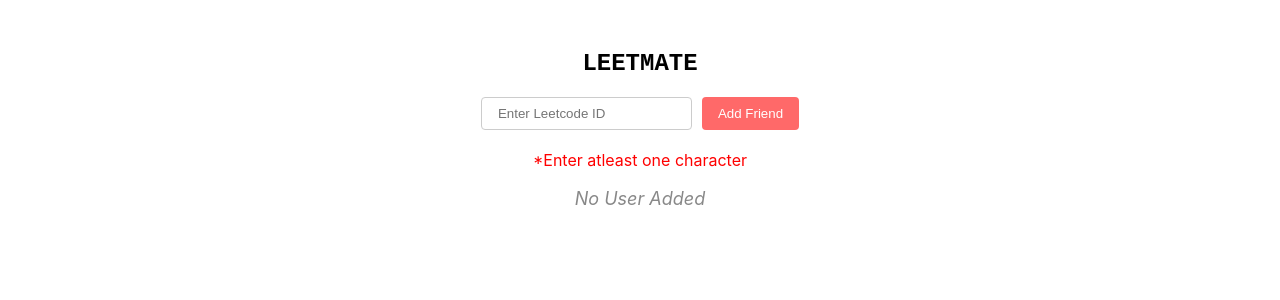
Repository: Sanketh149/leetcode-discord
Page: /
An editor plug-in stored every save of this project. The page is shown before and after the next save, followed by the edit.
The browser window is 1280 px wide. The pictures show the whole page.
The project was rebuilt for these pictures with package versions that can differ from the ones it lists, and the page was loaded fresh each time. Also part of the build but not shown: src/Modal.module.css, src/Modal.js, src/Cart.module.css, src/Cart.js.

Above is the page before, as saved 2023-06-21 17:10:49.

### public/index.html
<!DOCTYPE html>
<html lang="en">
  <head>
    <meta charset="utf-8" />
    <link rel="icon" href="%PUBLIC_URL%/favicon.ico" />
    <meta name="viewport" content="width=device-width, initial-scale=1" />
    <meta name="theme-color" content="#000000" />
    <meta
      name="description"
      content="Web site created using create-react-app"
    />
    <link rel="apple-touch-icon" href="%PUBLIC_URL%/logo192.png" />
    <!--
      manifest.json provides metadata used when your web app is installed on a
      user's mobile device or desktop. See https://developers.google.com/web/fundamentals/web-app-manifest/
    -->
    <link rel="manifest" href="%PUBLIC_URL%/manifest.json" />
    <!--
      Notice the use of %PUBLIC_URL% in the tags above.
      It will be replaced with the URL of the `public` folder during the build.
      Only files inside the `public` folder can be referenced from the HTML.

      Unlike "/favicon.ico" or "favicon.ico", "%PUBLIC_URL%/favicon.ico" will
      work correctly both with client-side routing and a non-root public URL.
      Learn how to configure a non-root public URL by running `npm run build`.
    -->
    <title>LeetMate</title>
  </head>
  <body>
    <noscript>You need to enable JavaScript to run this app.</noscript>
    <div id="root"></div>
    <div id="overlays"></div>
    <!--
      This HTML file is a template.
      If you open it directly in the browser, you will see an empty page.

      You can add webfonts, meta tags, or analytics to this file.
      The build step will place the bundled scripts into the <body> tag.

      To begin the development, run `npm start` or `yarn start`.
      To create a production bundle, use `npm run build` or `yarn build`.
    -->
  </body>
</html>

### src/App.js
import React, { useState } from "react";
import "./App.css";
import Cart from "./Cart";
const API_ENDPOINT = "/graphql";
const App = () => {
  const [username, setUsername] = useState("");
  const [user, setUser] = useState([]);
  const [leetId, setLeetId] = useState([]);
  const displayTitle = (item, titleSlug) => {
    const exisitingTitles = user.map((innerArray) => innerArray[0]);
    const exisitingSlugs = user.map((innerArray) => innerArray[1]);
    const uniqueTitles = [...new Set([...exisitingTitles, ...item])];
    const uniqueSlugs = [...new Set([...exisitingSlugs, ...titleSlug])];
    // const uniquePairs = uniqueTitles.map((name, index) => ({
    //   name,
    //   link: uniqueSlugs[index],
    // }));
    const uniquePairs = [];
    for (let i = 0; i < uniqueSlugs.length; i++) {
      const temp = [uniqueTitles[i], uniqueSlugs[i]];
      uniquePairs.push(temp);
    }
    setUser((prevState) => {
      return uniquePairs;
    });
  };

  const handleFormSubmit = async (event) => {
    event.preventDefault();

    const query = `
      {
        recentAcSubmissionList(username: "${username}") {
          id
          title
          titleSlug
        }
      }
    `;

    const url = `${API_ENDPOINT}?query=${encodeURIComponent(query)}`;

    fetch(url)
      .then((response) => response.json())
      .then((result) => {
        const titles = result.data.recentAcSubmissionList.map(
          (submission) => submission.title
        );
        const titleslugs = result.data.recentAcSubmissionList.map(
          (submission) => submission.titleSlug
        );
        displayTitle(titles, titleslugs);
        // displayTitleSlug(titleslugs);
      })
      .catch((error) => {
        setCartIsShown(true);
      });
  };

  const handleSubmit = (event) => {
    event.preventDefault();
    handleFormSubmit(event);
    if (!leetId.includes(username)) {
      setLeetId((prevState) => [...prevState, username]);
    }
  };
  const [cartIsShown, setCartIsShown] = useState(false);
  const showCartHandler = () => {
    setCartIsShown(true);
  };
  const hideCartHandler = () => {
    setCartIsShown(false);
  };
  const isSubmitDisabled = username.trim().length === 0;
  return (
    <div className="app">
      {cartIsShown && <Cart onClose={hideCartHandler} />}
      <h1 className="app__title">LEETMATE</h1>

      <form onSubmit={handleSubmit} className="app__form">
        <input
          type="text"
          value={username}
          onChange={(event) => setUsername(event.target.value)}
          placeholder="Enter Leetcode ID"
          className="app__input"
        />
        <button
          type="submit"
          className={`${
            isSubmitDisabled === true ? "app__button_disabled" : "app__button"
          }`}
          disabled={isSubmitDisabled}
        >
          Add Friend
        </button>
      </form>
      {isSubmitDisabled === true && (
        <div style={{ display: "block" }} className="errorShow">
          {" "}
          *Enter atleast one character
        </div>
      )}
      {leetId.map((item) => (
        <a href={`https://leetcode.com/${item}`} target="_blank">
          <button className="displayNameButton">{item}</button>
        </a>
      ))}
      {user.length > 0 && <div> The problems below are links :</div>}
      {user.length > 0 ? (
        <ul className="app__list">
          {user.map((item) => (
            <li className="app__item">
              <a
                href={`https://leetcode.com/problems/${item[1]}`}
                target="_blank"
              >
                {item[0]}
              </a>
            </li>
          ))}
        </ul>
      ) : (
        <p className="app__message">No User Added</p>
      )}
    </div>
  );
};

export default App;

### src/App.css
.app {
  text-align: center;
  margin-top: 50px;
}

.app__title {
  font-family: "Courier New", Courier, monospace;
  font-size: 24px;
  margin-bottom: 20px;
}

.app__form {
  display: flex;
  justify-content: center;
  margin-bottom: 20px;
}

.app__input {
  padding: 8px 16px;
  margin-right: 10px;
  border-radius: 4px;
  border: 1px solid #ccc;
}

.app__button {
  padding: 8px 16px;
  border-radius: 4px;
  background-color: #007bff;
  color: #fff;
  border: none;
  cursor: pointer;
}

.app__button_disabled {
  padding: 8px 16px;
  border-radius: 4px;
  background-color: #ff6969;
  color: #fff;
  border: none;
  cursor: pointer;
}

.app__list {
  list-style: none;
  padding-left: 0;
  margin-bottom: 20px;
}

.app__item {
  font-size: 18px;
  margin-bottom: 10px;
}

.app__message {
  font-size: 18px;
  font-style: italic;
  color: #888;
}

.app__list a {
  color: #007bff; /* Set the color for regular links */
  text-decoration: none; /* Remove underline for links */
}

.app__list a:visited {
  color: #007bff; /* Set the color for visited links */
}

.errorShow {
  color: red;
}

.displayNameButton {
  background-color: #f2f2f2;
  border: 1px solid black;
  border-radius: 4px;
  padding: 8px 12px;
  font-size: 14px;
  cursor: pointer;
  margin: 1rem;
}
.displayNameButton:hover {
  background-color: #e0e0e0;
}

Loaded but not shown: src/index.js (common file); src/index.css (common file); src/reportWebVitals.js (common file)

After the next save:
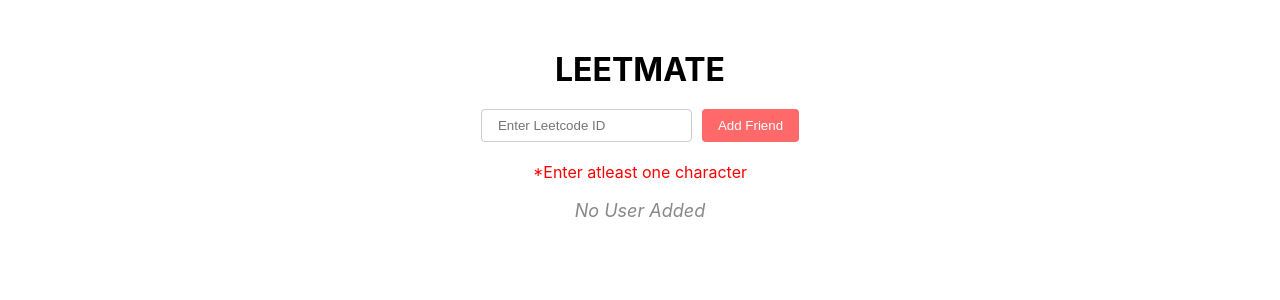
Saved 17 s later.
--- a/src/App.css
+++ b/src/App.css
@@ -4,7 +4,7 @@
 }
 
 .app__title {
-  font-family: "Courier New", Courier, monospace;
+  font-family:cursive
   font-size: 24px;
   margin-bottom: 20px;
 }
